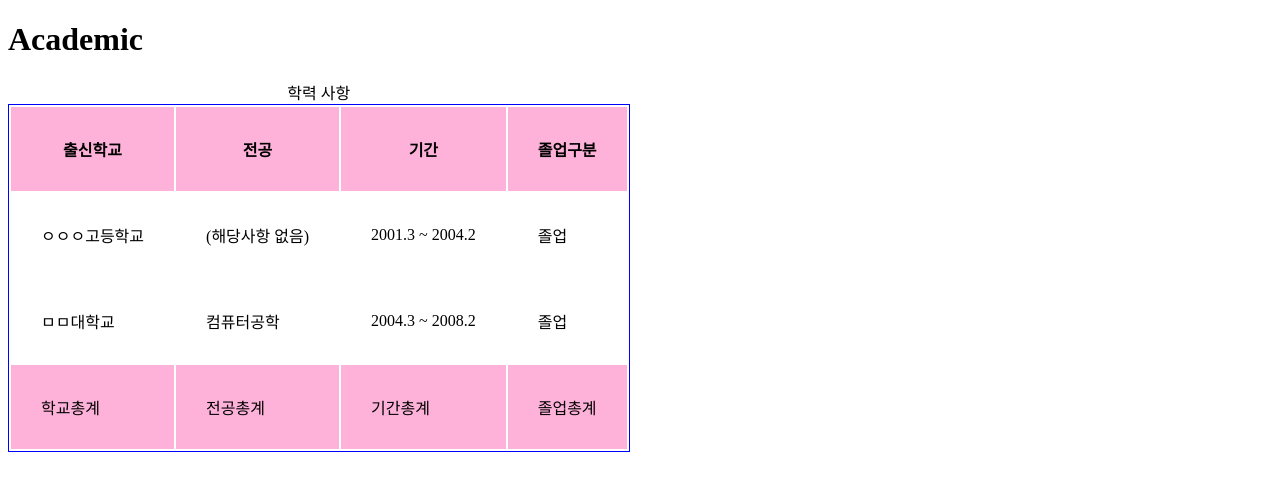
Repository: seulhwangbo/SeulJSP
Page: jspSrc17/webStandard01/src/main/webapp/02/Academic.html
An editor plug-in stored every save of this project. The page is shown before and after the next save, followed by the edit.
The browser window is 1280 px wide. The pictures show the whole page.

Above is the page before, as saved 2024-06-13 07:28:38.

### jspSrc17/webStandard01/src/main/webapp/02/Academic.html
<!DOCTYPE html>
<html>
<head>
<meta charset="UTF-8">
<style type="text/css">
th, td {
	padding: 30px;
}

table {
	border: 1px solid blue;
}

thead, tfoot {
	background-color: #FFB2D9;
}
</style>
<title>Insert title here</title>
</head>
<body>
	<h1>Academic</h1>
	<table>
		<caption>학력 사항</caption>

		<thead>
			<tr>
				<th>출신학교</th>
				<th>전공</th>
				<th>기간</th>
				<th>졸업구분</th>
			</tr>
		</thead>

		<tr>
			<td>ㅇㅇㅇ고등학교</td>
			<td>(해당사항 없음)</td>
			<td>2001.3 ~ 2004.2</td>
			<td>졸업</td>
		</tr>
		<tr>
			<td>ㅁㅁ대학교</td>
			<td>컴퓨터공학</td>
			<td>2004.3 ~ 2008.2</td>
			<td>졸업</td>
		</tr>
		<tfoot>
			<tr>
				<td>학교총계</td>
				<td>전공총계</td>
				<td>기간총계</td>
				<td>졸업총계</td>
			</tr>
		</tfoot>
	</table>
</body>
</html>

After the next save:
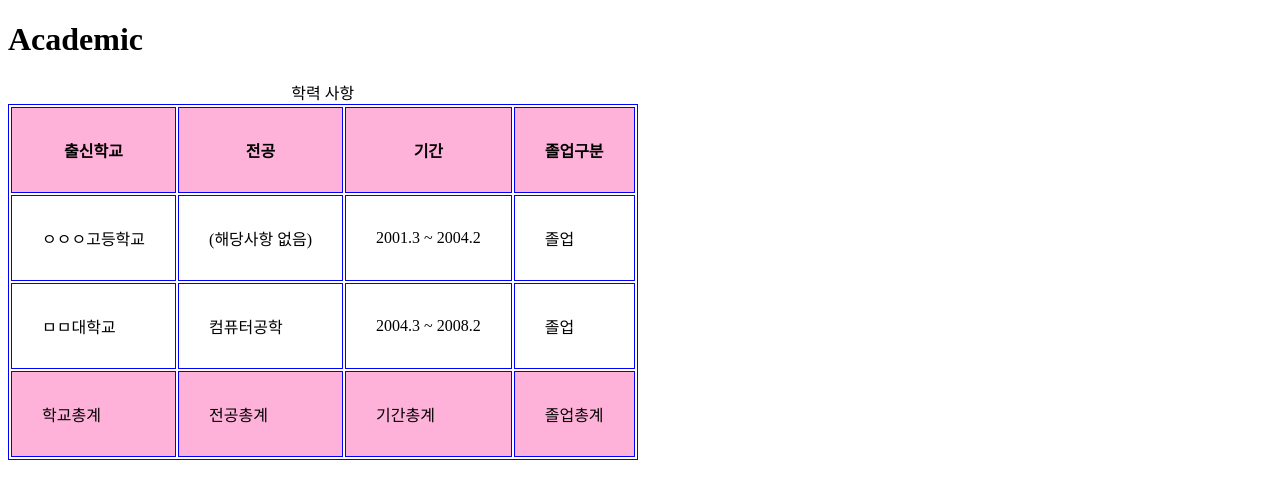
Saved 16 s later.
--- a/jspSrc17/webStandard01/src/main/webapp/02/Academic.html
+++ b/jspSrc17/webStandard01/src/main/webapp/02/Academic.html
@@ -7,7 +7,7 @@ th, td {
 	padding: 30px;
 }
 
-table {
+table, th, td {
 	border: 1px solid blue;
 }
 
